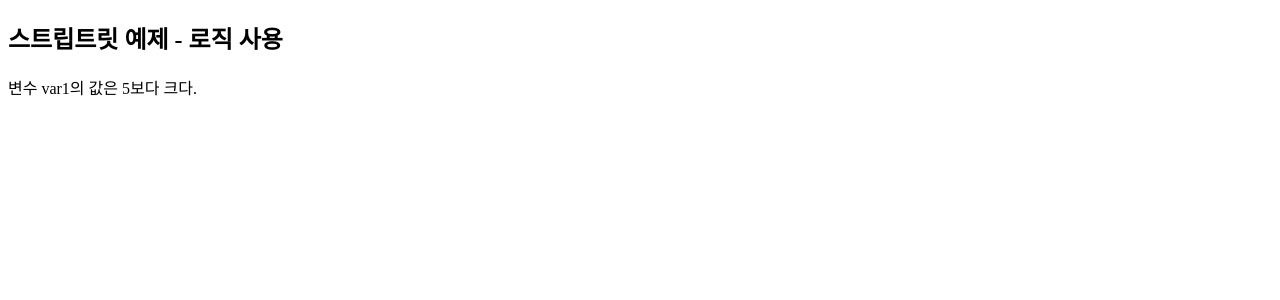
Repository: Tak-kuen/18-2
Page: http://localhost/studyjsp/116_scriptTest2.jsp
These files come from the project's save history. The page is drawn as it stood at one moment and after the next save; the edit follows.
The browser window is 1280 px wide. The pictures show the whole page.
The page is served by Tomcat 9. Other server files are loaded and not shown.

Above is the page before, as saved 2018-08-30 02:29:24.

### code/studyjsp/WebContent/116_scriptTest2.jsp
<%@ page language="java" contentType="text/html; charset=UTF-8"
    pageEncoding="UTF-8"%>
<!DOCTYPE html>
<html>
<head>
<meta charset="UTF-8">
<title>스트립트릿 예제 - 로직 사용</title>
</head>
<body>
<h2>스트립트릿 예제 - 로직 사용</h2>

<%
int var1=6;
if(var1>5){
%>
변수 var1의 값은 5보다 크다.
<%} else{%>
변수 var1의 값은 5보다 작거나 같다.
<%}%>
</body>
</html>

After the next save:
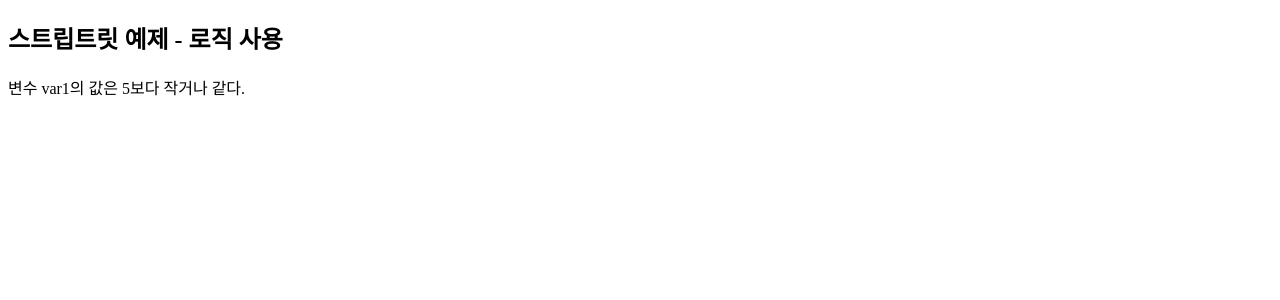
Saved 65 s later.
--- a/code/studyjsp/WebContent/116_scriptTest2.jsp
+++ b/code/studyjsp/WebContent/116_scriptTest2.jsp
@@ -10,7 +10,7 @@
 <h2>스트립트릿 예제 - 로직 사용</h2>
 
 <%
-int var1=6;
+int var1=3;
 if(var1>5){
 %>
 변수 var1의 값은 5보다 크다.
